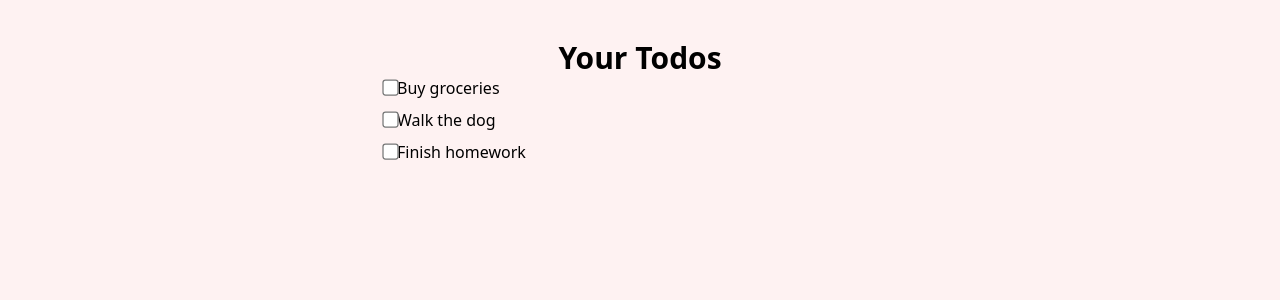
Repository: kocokoy/lodo-list-react-ts-tailwind
Page: /
These files come from the project's save history. The page is drawn as it stood at one moment and after the next save; the edit follows.
The browser window is 1280 px wide. The pictures show the whole page.
The project was rebuilt for these pictures with package versions that can differ from the ones it lists, and the page was loaded fresh each time. Also part of the build but not shown: vite.config.ts.

Above is the page before, as saved 2025-07-29 15:12:12.

After the next save:
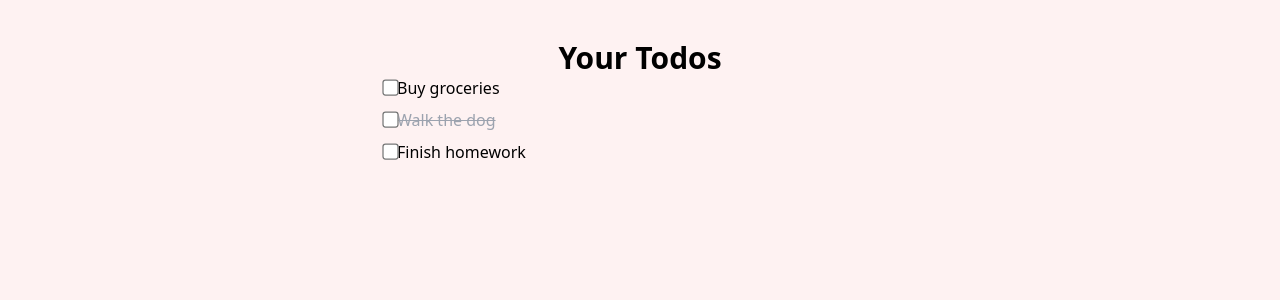
Saved 65 s later.
--- a/src/components/TodoItem.tsx
+++ b/src/components/TodoItem.tsx
@@ -12,7 +12,7 @@ export default function TodoItem({todo}: TodoItemProps){
         type="checkbox"
         className="scale-125"
         />
-        <span>
+        <span className={todo.completed ? "line-through text-gray-400" : ""}>
           {todo.title}
         </span>
       </label>
